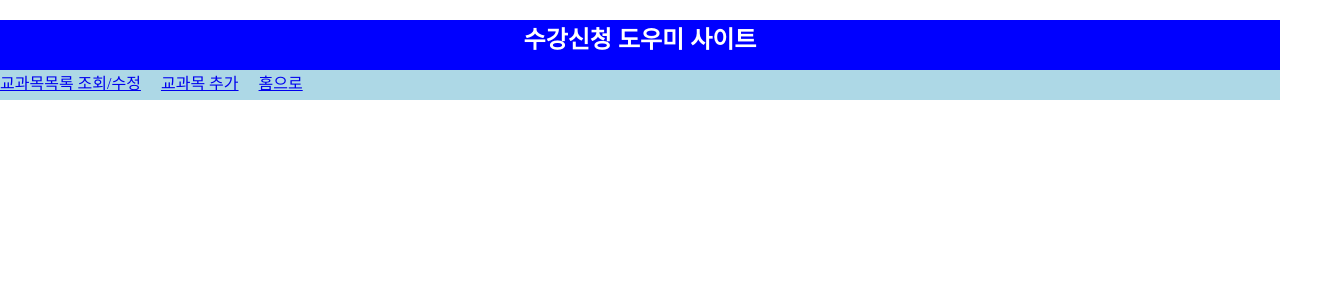
Repository: yuuki08noah/CHUNGCHUSANKI
Page: http://localhost/project/header.jsp
An editor plug-in stored every save of this project. The page is shown before and after the next save, followed by the edit.
The browser window is 1280 px wide. The page is 1280 px wide, then 1320 px, so the pictures cover 1320 px, including what lies to the right of the window. The pictures show the whole page.
The page is served by Tomcat 9.

Above is the page before, as saved 2025-03-25 08:21:40.

After the next save:
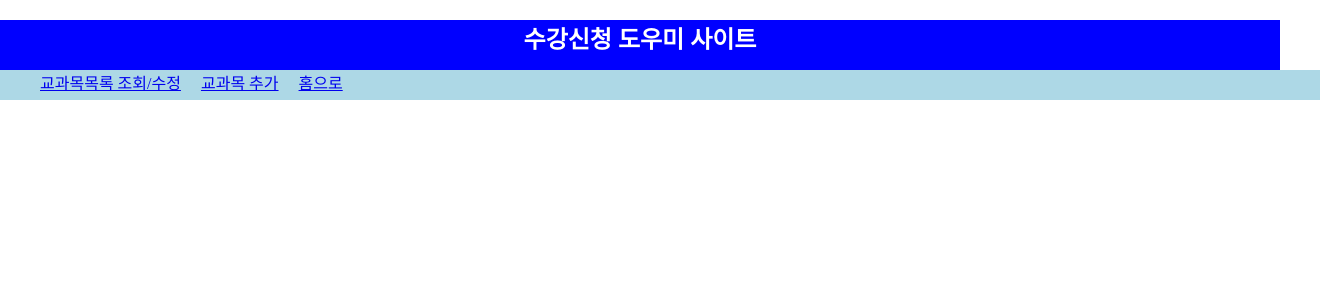
Saved 13 s later.
--- a/HRD_002/project/src/main/webapp/header.jsp
+++ b/HRD_002/project/src/main/webapp/header.jsp
@@ -10,7 +10,7 @@
 	<header style="height: 50px; width: 100%; color: white; background-color: blue; text-align: center;">
 		<h2>수강신청 도우미 사이트</h2>
 	</header>
-	<nav style="height: 30px; width: 100%; color: white; background-color: lightblue; display: flex; gap: 20px;">
+	<nav style="height: 30px; width: 100%; color: white; background-color: lightblue; display: flex; gap: 20px; padding-left: 40px">
 		<a href="#">교과목목록 조회/수정</a>
 		<a href="#">교과목 추가</a>
 		<a href="#">홈으로</a>
